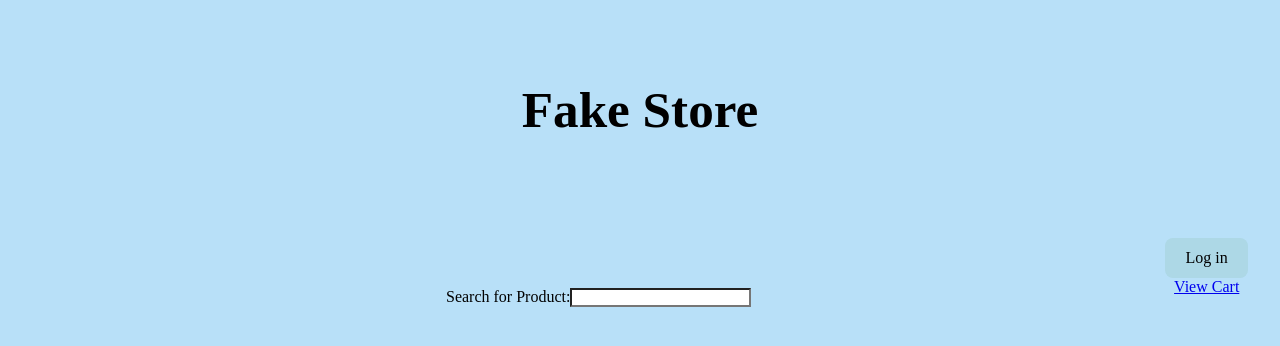
Repository: Andres513/CapStone
Page: /
The author's editor kept a copy of each file at every save. The page is drawn from the files as they stood at one save, then again after the next save.
The browser window is 1280 px wide. The pictures show the whole page.
The page's requests for data from a server got no answer. The project was rebuilt for these pictures with package versions that can differ from the ones it lists, and the page was loaded fresh each time. No one was signed in, and anything a server would have sent is missing. Also part of the build but not shown: vite.config.js, src/components/Login.jsx, src/components/Cart.jsx, src/components/SingleProduct.jsx, src/components/ProductsByCategory.jsx, src/components/LoggedOut.jsx, src/components/Checkout.jsx.

Above is the page before, as saved 2024-04-11 11:09:16.

### index.html
<!doctype html>
<html lang="en">
  <head>
    <meta charset="UTF-8" />
    <link rel="icon" type="image/svg+xml" href="/vite.svg" />
    <meta name="viewport" content="width=device-width, initial-scale=1.0" />
    <title>Fake Store!</title>
  </head>
  <body>
    <div id="root"></div>
    <script type="module" src="/src/main.jsx"></script>
  </body>
</html>

### src/App.jsx
import { useState } from 'react'
import FetchProducts from './components/FetchProducts'
import './App.css'
import { Routes, Route } from 'react-router-dom'
import Login from './components/Login'
import SingleProduct from './components/SingleProduct'
import ProductsByCategories from './components/ProductsByCategory'
import Cart from './components/Cart'
import { CartProvider } from './components/CartContext'
import LogOut from './components/LoggedOut'
import Checkout from './components/Checkout'

function App() {
  const [token, setToken] = useState(null)
  const [products, setProducts] = useState([])
  const [price, setPrice] = useState('')
  const [email, setEmail] = useState('')
  const [password, setPassword] = useState('')
  const [isLoggedIn, setIsLoggedIn] = useState(false)
  const [loggedOut, setLoggedOut] = useState(false)

  const handleSetToken = (newToken) => {
    setToken(newToken)
    setIsLoggedIn(true)
  }
  const handleSetProducts = (newProducts) => {
    setProducts(newProducts)
  }
  const handleSetPrice = (newPrice) => {
    setPrice(newPrice)
  }
  const handleLogout = () => {
    setToken(null)
    setIsLoggedIn(false)
    setLoggedOut(true)
  }
  return (

    <CartProvider isLoggedIn={isLoggedIn}>
      <>
        <Routes>
          <Route path="/login" element={<Login token={token} setToken={handleSetToken} email={email} setEmail={setEmail} password={password} setPassword={setPassword} isLoggedIn={isLoggedIn} setIsLoggedIn={setIsLoggedIn} handleLogout={handleLogout} />} />
          <Route path="/" element={<FetchProducts token={token} setToken={handleSetToken} products={products} setProducts={handleSetProducts} price={price} setPrice={handleSetPrice} isLoggedIn={isLoggedIn} handleLogout={handleLogout} loggedOut={loggedOut} setLoggedOut={setLoggedOut} />} />
          <Route path="/products/:id" element={<SingleProduct token={token} isLoggedIn={isLoggedIn} />} />
          <Route path="/category/:category" element={<ProductsByCategories products={products} setProduct={handleSetProducts} />} />
          <Route path="/cart" element={<Cart isLoggedIn={isLoggedIn} />} />
          <Route path="/logout" element={<LogOut />} />
          <Route path="/checkout" element={<Checkout/>}/>
        </Routes>
      </>
    </CartProvider>
  )
}

export default App

### src/index.css

* {
  margin: 0;
  padding: 0;
  box-sizing: border-box;
  background-color: rgb(184, 224, 248);
}
h1 {
  font-size: 3.2em;
  line-height: 1.1;
  padding-top: 50px;
  padding-bottom: 100px;
}
input {
  background-color: white;
}
img {
  width: 70%;
  height: 70%;
}
.single-product > img {
  height: 60%;
  width: 60%;
  padding-top: 50px;
  padding-bottom: 50px;
}
.items-container {
  display: grid;
  grid-template-columns: repeat(auto-fill, minmax(330px, 1fr));
  grid-gap: 75px;
  padding-top: 50px;
}
.item {
  background-color: aliceblue;
  box-shadow: 5px 5px lightblue;
  transition: all .2s ease-in-out;
}
.item:hover {
  transform: scale(1.1);
}
.category-buttons {
  padding-bottom: 50px;
}
.category-container {
  display: grid;
  grid-template-columns: repeat(auto-fill, minmax(330px, 1fr));
  grid-gap: 100px;
  padding-top: 50px;

}
.category-item {
  transition: all .2s ease-in-out;
  background-color: aliceblue;
  box-shadow: 5px 5px lightblue;
}
.category-item:hover {
  transform: scale(1.1);
}
button {
  border-radius: 8px;
  border: 1px solid transparent;
  padding: 0.6em 1.2em;
  font-size: 1em;
  font-weight: 500;
  font-family: inherit;
  background-color: lightblue;
  cursor: pointer;
  transition: border-color 0.25s;
  transition: all .2s ease-in-out;
}
button:hover {
  transform: scale(1.1);
}
.navbar {
  float: right
}

### src/components/FetchProducts.jsx
import { useEffect, useState } from "react"
import { Link } from "react-router-dom"
import Login from "./Login"
import Categories from "./Categories"
import Cart from "./Cart"
import { useCart } from "./CartContext"

export default function FetchProducts({ products, setProducts, price, setPrice, token, setToken, isLoggedIn, setIsLoggedIn, handleLogout, loggedOut }) {
    const [error, setError] = useState(null)
    const [searched, setSearched] = useState('')
    const [addedToCart, setAddedToCart] = useState(false);
    const { cart, setCart } = useCart()

    useEffect(() => {
        async function fetchProducts() {
            try {
                const response = await fetch('https://fakestoreapi.com/products')
                const result = await response.json()
                setProducts(result)
                setPrice(result.price)
                console.log(result)
            } catch (error) {
                setError(error.message)
            }
        }
        fetchProducts()
    }, [])

    const searchedProduct = products.filter((product) => {
        return product.title.toLowerCase().includes(searched.toLowerCase());
    });

    console.log(isLoggedIn)
    return (
        <>
            <h1>Fake Store</h1>
            <nav className="navbar">
                {isLoggedIn ? (
                    <>
                        <Link to="/logout"><button onClick={handleLogout}>Log out</button><br /></Link>

                    </>
                ) : (
                    <Link to="/login"><button>Log in</button></Link>
                )}
                <br /><Link to="/cart">View Cart</Link>
            </nav>

            <Categories products={products} />
            <label className="search-bar">Search for Product:
                <input type="text" value={searched} onChange={(e) => setSearched(e.target.value)} />
            </label><br />

            <div className="items-container">
                {searchedProduct.map((product) => (
                    <div key={product.id} className="item">
                        <h3>{product.title}</h3>
                        <img src={product.image} alt={product.title} /><br />

                        <Link to={`/products/${product.id}`}>View Details</Link>

                    </div>
                ))}

            </div>
        </>
    )
}
// import React from "react";
// import { Link } from "react-router-dom";

// export default function Logout({ setIsLoggedIn, IsLoggedIn, setToken }) {

//     const handleLogout=()=> {
//     setToken(null)
//     setIsLoggedIn(false)
// }
// console.log(IsLoggedIn)
//     return (
//         <div>
//             <h2>Welcome!</h2>
//             <button onClick={handleLogout}>Log out</button>
//         </div>
//     );
// }

### src/components/CartContext.jsx


import { createContext, useContext, useState, useEffect } from "react";

const CartContext = createContext()

export const useCart = () => useContext(CartContext)

export const CartProvider = ({ children }) => {
    const [cart, setCart] = useState(() => {
        const storedCart = localStorage.getItem('cart');
        return storedCart ? JSON.parse(storedCart) : [];
    });

    useEffect(() => {
        localStorage.setItem('cart', JSON.stringify(cart));
    }, [cart]);

    return (
        <CartContext.Provider value={{ cart, setCart }}>
            {children}
        </CartContext.Provider>
    )
}

### src/components/Categories.jsx
import { useState, useEffect } from "react";
import { Link } from "react-router-dom";

export default function Categories({ products }) {
    const [categories, setCategories] = useState([])

    useEffect(() => {
        async function fetchCategories() {
            try {
                const response = await fetch('https://fakestoreapi.com/products/categories')
                const result = await response.json()
                setCategories(result)
                console.log(categories)
            } catch (error) {
                console.error(error)
            }
        } fetchCategories()
    }, [])

    const filteredCategories = (category) => {
        return products.filter(product => product.category === category)
    }

    return (
        <div>
            <div className="category-buttons">
                {categories.map((category, index) => (
                    <button key={index}>
                        <Link to={`/category/${category}`}>{category}</Link>
                    </button>
                ))}
            </div>
        </div>
    );
}

Loaded but not shown: src/main.jsx (common file); src/App.css (common file)

After the next save:
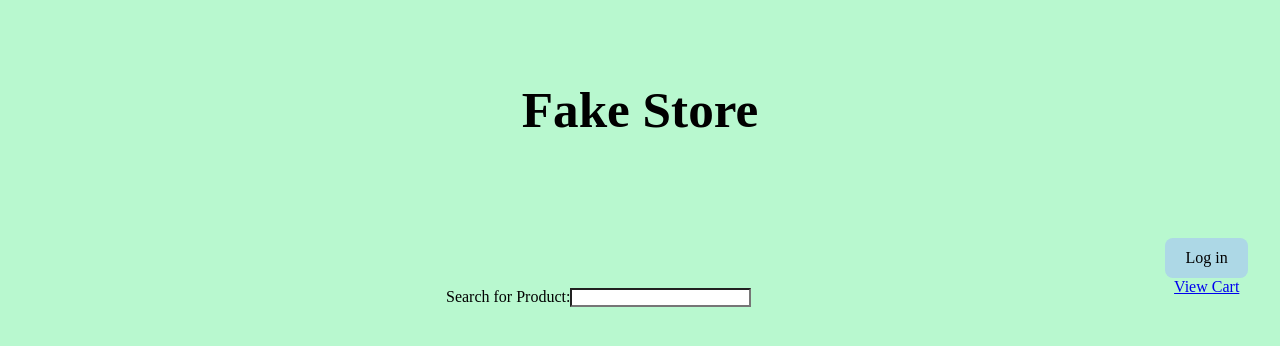
Saved 7 s later.
--- a/src/index.css
+++ b/src/index.css
@@ -3,7 +3,7 @@
   margin: 0;
   padding: 0;
   box-sizing: border-box;
-  background-color: rgb(184, 224, 248);
+  background-color: rgb(184, 248, 207);
 }
 h1 {
   font-size: 3.2em;
